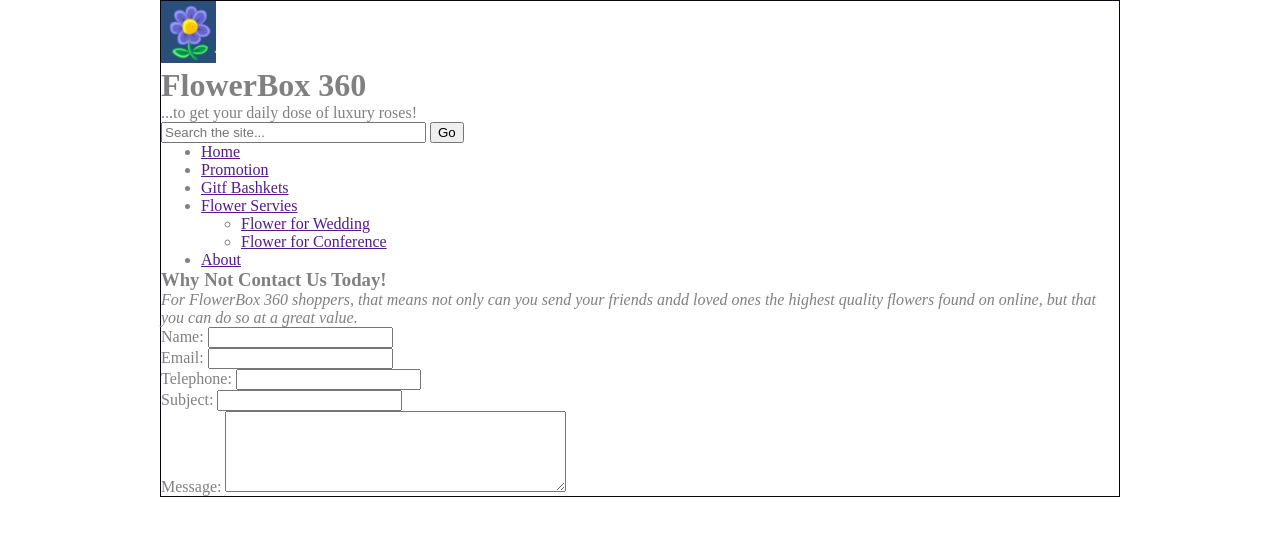
Repository: duongtheng/bai-tap-tuan-6
Page: html/index.html
These files come from the project's save history. The page is drawn as it stood at one moment and after the next save; the edit follows.
The browser window is 1280 px wide. The pictures show the whole page.

Above is the page before, as saved 2022-03-23 13:40:20.

### html/index.html
<!DOCTYPE html>
<html lang="en">
<head>
    <meta charset="UTF-8">
    <meta http-equiv="X-UA-Compatible" content="IE=edge">
    <meta name="viewport" content="width=device-width, initial-scale=1.0">
    <title>Tuan 06</title>
    <link rel="stylesheet" href="../css/style.css">
</head>
<body>
    <header>
        <img src="../img/logo.jpg" alt="">
        <h1>FlowerBox 360</h1>
        <p>...to get your daily dose of luxury roses!</p>
        <form action="">
            <input type="search" id="txtSearch" placeholder="Search the site..." size="30">
            <button>Go</button>
        </form>
        <ul class="menu-parent">
            <li><a href="">Home</a></li>
            <li><a href="">Promotion</a></li>
            <li><a href="">Gitf Bashkets</a></li>
            <li><a href="">Flower Servies</a>
                <ul class="menu-child">
                    <li><a href="">Flower for Wedding</a></li>
                    <li><a href="">Flower for Conference</a></li>
                </ul>
            </li>
            <li><a href="">About</a></li>
        </ul>
    </header>
    <section>
        <h3>Why Not Contact Us Today!</h3>
        <form action="">
            <p><i>For FlowerBox 360 shoppers, that means not only can you send your friends andd loved ones
                the highest quality flowers found on online, but that you can do so at a great value.
            </i></p>
            <div class="form-row">
                <div class="form-col">
                    <label for="txtName">Name: </label>
                    <input type="text" id="txtName">
                </div>
                <div class="form-col">
                    <label for="txtEmail">Email: </label>
                    <input type="email" id="txtEmail">
                </div>
            </div>
            <div class="form-row">
                <div class="form-col">
                    <label for="txtName">Telephone: </label>
                    <input type="text" id="txtName">
                </div>
                <div class="form-col">
                    <label for="txtEmail">Subject: </label>
                    <input type="email" id="txtEmail">
                </div>
            </div>
            <div class="form-row">
                <label for="txtMessage">Message: </label>
                <textarea id="txtMessage" cols="40" rows="5"></textarea>
            </div>
        </form>
    </section>
</body>
</html>

### css/style.css
*{
    margin: 0 auto;
    box-sizing: border-box;
}

body{
    width: 960px;
    border: 1px solid rgb(6, 6, 14);
    color: gray;
}

After the next save:
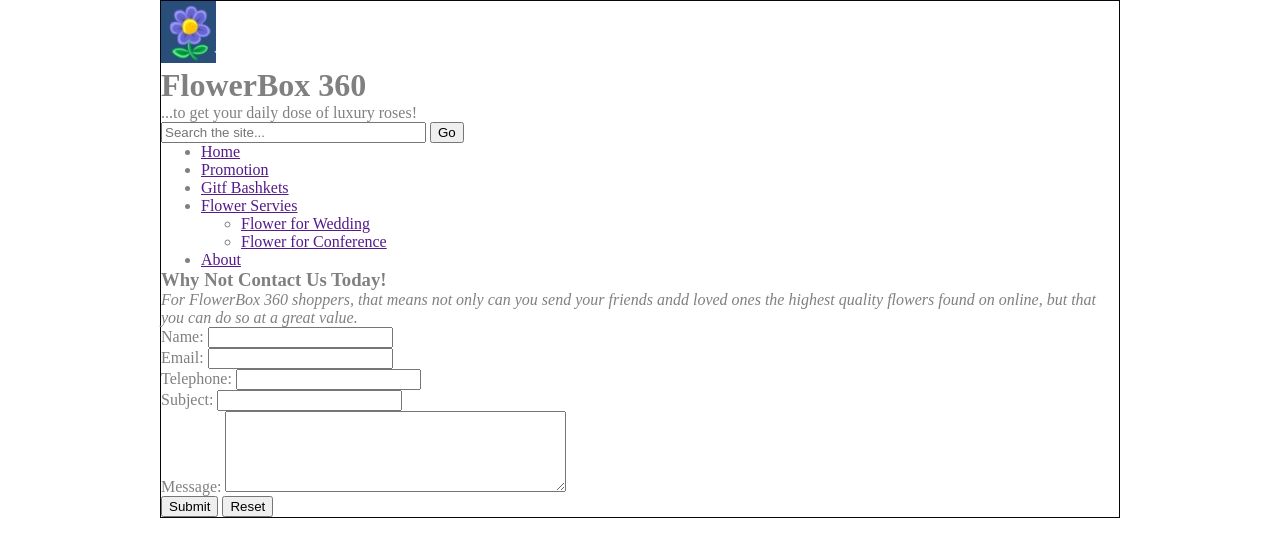
Saved 68 s later.
--- a/html/index.html
+++ b/html/index.html
@@ -59,6 +59,10 @@
                 <label for="txtMessage">Message: </label>
                 <textarea id="txtMessage" cols="40" rows="5"></textarea>
             </div>
+            <div class="form-row">
+                <button type="submit">Submit </button>
+                <button type="reset">Reset </button>
+            </div>
         </form>
     </section>
 </body>
